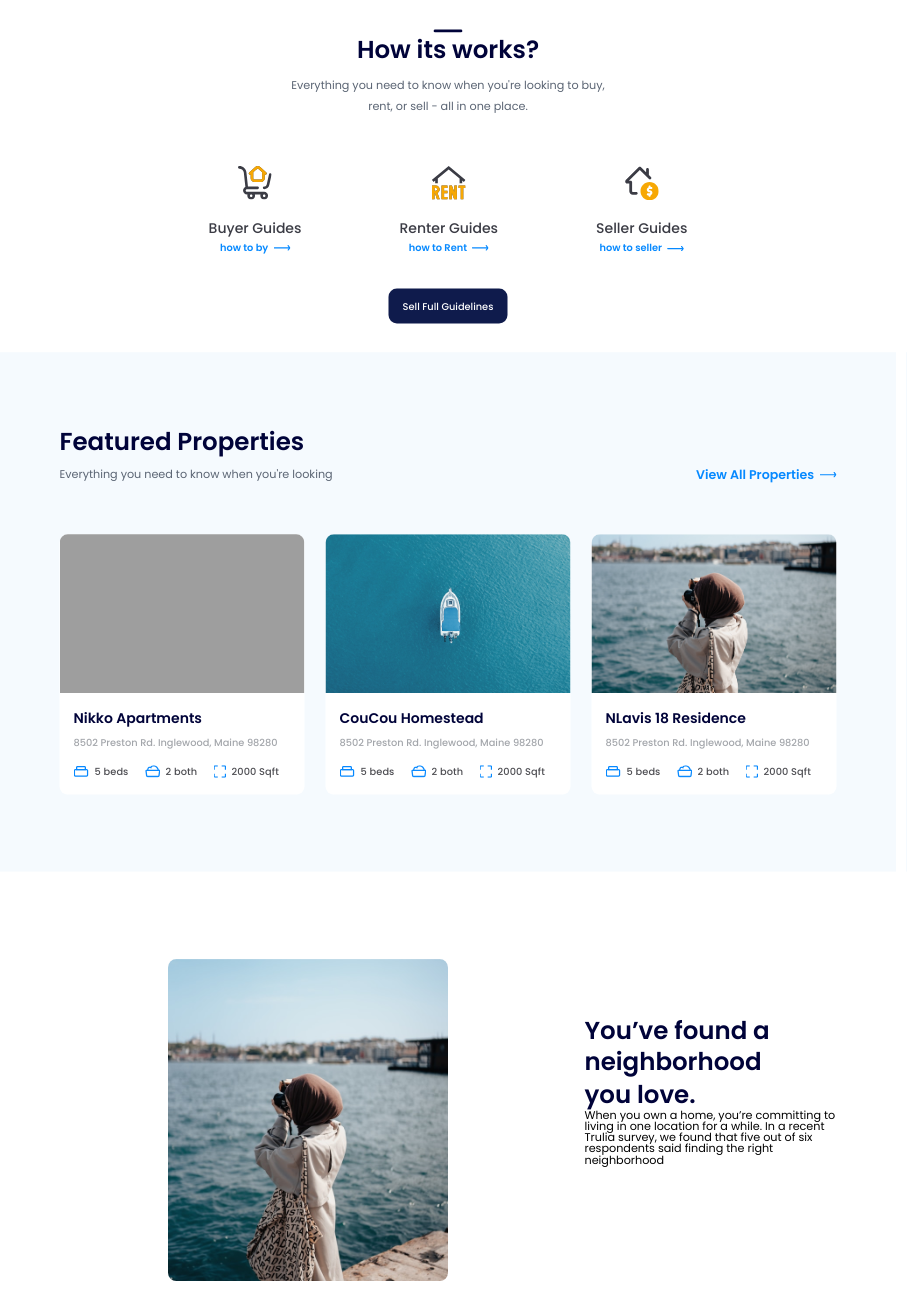
Repository: Kazuto-2004/f8-htmlcss-01
Page: index.html
The author's editor kept a copy of each file at every save. The page is drawn from the files as they stood at one save, then again after the next save.
The browser window is 1280 px wide. The page is 1295 px wide, so the pictures cover 1295 px, including what lies to the right of the window. The pictures show the part of the page from y = 1193 to 3073 px (the page is 3073 px tall), at 70% of full size.
Pictures or frames that could not be fetched are drawn as grey boxes.

Above is the page before, as saved 2023-07-15 09:24:17.

### index.html
<!DOCTYPE html>
<html lang="en">
    <head>
        <meta charset="UTF-8" />
        <meta name="viewport" content="width=device-width, initial-scale=1.0" />
        <title>F8 Project01</title>
        <link rel="stylesheet" href="./assets/css/reset.css" />
        <!-- Embed fonts -->
        <link rel="preconnect" href="https://fonts.googleapis.com" />
        <link rel="preconnect" href="https://fonts.gstatic.com" crossorigin />
        <link
            href="https://fonts.googleapis.com/css2?family=Lato:wght@700&display=swap"
            rel="stylesheet" />
        <link rel="stylesheet" href="./assets/fonts/stylesheet.css" />
        <!-- <style> style</style> -->
        <link rel="stylesheet" href="assets/css/styles.css" />
    </head>
    <body>
        <main style="height: 1000px">
            <!-- Header -->
            <header class="header">
                <div class="content">
                    <nav class="navbar">
                        <!-- Logo -->
                        <img src="./assets/img/Logo.svg" alt="Besnik." />
                        <!-- Navigation -->
                        <ul>
                            <li>
                                <a href="#!">Home</a>
                            </li>
                            <li>
                                <a href="#!">Features</a>
                            </li>
                            <li>
                                <a href="#!">Services</a>
                            </li>
                            <li>
                                <a href="#!">Resources</a>
                            </li>
                            <li>
                                <a href="#!">Contact</a>
                            </li>
                        </ul>
                        <!-- Action -->
                        <div class="action">
                            <a href="#!" class="action-link">Sign in</a>
                            <a href="#!" class="btn action-btn">Sign up</a>
                        </div>
                    </nav>
                    <div class="hero">
                        <div class="info">
                            <p class="sub-title">Welcome to Besnik Agency</p>
                            <h1 class="title">
                                Discover a place you'll love to live.
                            </h1>
                            <p class="desc">
                                Get the best real estate deals first, before
                                they hit the mass market! HOT FORECLOSURE DEALS
                                with one simple search.
                            </p>
                            <!-- call to action -->
                            <a href="#!" class="btn hero-cta">More About Us</a>
                        </div>

                        <img
                            src="./assets/img/hero-img.svg"
                            alt="Discover a place you'll love to live."
                            class="hero-img" />
                    </div>
                </div>
            </header>

            <!-- clients -->
            <div class="clients">
                <div class="content">
                    <div class="row">
                        <!-- logo -->
                        <img src="./assets/img/Logo.svg" alt="Besnik." />

                        <!-- star -->
                        <div class="star">
                            <img src="./assets/img/Star.svg" alt="" />
                        </div>
                    </div>
                    <div class="row row-desc">
                        <p class="desc">
                            More than 45,000+ companies trust besnik
                        </p>
                        <p class="desc">5 Star Ratings (2k+ Review)</p>
                    </div>
                    <div class="image">
                        <img src="./assets/img/meundies.svg" alt="me undies" />
                        <img src="./assets/img/slack.svg" alt="slack" />
                        <img src="./assets/img/amazon.svg" alt="amazon" />
                        <img
                            src="./assets/img/woocommerce.svg"
                            alt="woo commerce" />
                        <img src="./assets/img/sitepoint.svg" alt="sitepoint" />
                    </div>
                </div>
            </div>

            <!-- Guides -->
            <div class="guides">
                <div class="content">
                    <h2 class="sub-title">How its works?</h2>
                    <p class="desc">
                        Everything you need to know when you're looking to buy,
                        rent, or sell - all in one place.
                    </p>

                    <!--  list guide -->
                    <ul class="list-guide">
                        <li class="guide-item">
                            <img
                                src="./assets/img/Buyer.svg"
                                alt="Buyer"
                                class="icon" />
                            <h3 class="title">Buyer Guides</h3>
                            <a href="#!" class="link">
                                <span>how to by</span>
                                <img
                                    src="./assets/img/arow-right.svg"
                                    alt="arrow-right"
                                    class="arrow" />
                            </a>
                        </li>
                        <li class="guide-item">
                            <img
                                src="./assets/img/renter.svg"
                                alt="renter"
                                class="icon" />
                            <h3 class="title">Renter Guides</h3>
                            <a href="#!" class="link">
                                <span>how to Rent</span>
                                <img
                                    src="./assets/img/arow-right.svg"
                                    alt="arrow-right"
                                    class="arrow" />
                            </a>
                        </li>
                        <li class="guide-item">
                            <img
                                src="./assets/img/seller.svg"
                                alt="sellert"
                                class="icon" />
                            <h3 class="title">Seller Guides</h3>
                            <a href="#!" class="link">
                                <span>how to seller</span>
                                <img
                                    src="./assets/img/arow-right.svg"
                                    alt="arrow-right"
                                    class="arrow" />
                            </a>
                        </li>
                    </ul>

                    <div class="guide-cta">
                        <a href="#!" class="btn">Sell Full Guidelines</a>
                    </div>
                </div>
            </div>

            <!-- Featured -->
            <div class="featured">
                <div class="content">
                    <header>
                        <h2 class="sub-title">Featured Properties</h2>
                        <div class="row">
                            <p class="desc">
                                Everything you need to know when you're looking
                            </p>
                            <a href="#!" class="link"
                                ><span>View All Properties</span
                                ><img
                                    src="./assets/img/arow-right.svg"
                                    alt="arrow"
                                    class="arrow"
                            /></a>
                        </div>
                    </header>

                    <div class="list">
                        <!-- Featured 1 -->
                        <div class="item">
                            <a href="#!">
                                <img
                                    src="./assets/img/featured1.jpg"
                                    alt="Nikko Apartments"
                                    class="thumb" />
                            </a>
                            <div class="body">
                                <h3 class="title">
                                    <a href="#!" class="line-clamp">Nikko Apartments</a>
                                </h3>
                                <p class="desc line-clamp">
                                    8502 Preston Rd. Inglewood, Maine 98280
                                </p>
                                <div class="info">
                                    <img
                                        src="./assets/img/beds.svg"
                                        alt=""
                                        class="icon" />
                                    <span class="label">5 beds</span>

                                    <img
                                        src="./assets/img/both.svg"
                                        alt=""
                                        class="icon" />
                                    <span class="label">2 both</span>

                                    <img
                                        src="./assets/img/sqft.svg"
                                        alt=""
                                        class="icon" />
                                    <span class="label">2000 Sqft</span>
                                </div>
                            </div>
                        </div>

                        <!-- Featured 2 -->
                        <div class="item">
                            <a href="#!">
                                <img
                                    src="./assets/img/featured2.jpg"
                                    alt="CouCou Homestead"
                                    class="thumb" />
                            </a>
                            <div class="body">
                                <h3 class="title">
                                    <a href="#!" class="line-clamp">CouCou Homestead</a>
                                </h3>
                                <p class="desc line-clamp">
                                    8502 Preston Rd. Inglewood, Maine 98280
                                </p>
                                <div class="info">
                                    <img
                                        src="./assets/img/beds.svg"
                                        alt=""
                                        class="icon" />
                                    <span class="label">5 beds</span>

                                    <img
                                        src="./assets/img/both.svg"
                                        alt=""
                                        class="icon" />
                                    <span class="label">2 both</span>

                                    <img
                                        src="./assets/img/sqft.svg"
                                        alt=""
                                        class="icon" />
                                    <span class="label">2000 Sqft</span>
                                </div>
                            </div>
                        </div>

                        <!-- Featured 3 -->
                        <div class="item">
                            <a href="#!">
                                <img
                                    src="./assets/img/featured3.jpg"
                                    alt="Lavis 18 Residence"
                                    class="thumb" />
                            </a>
                            <div class="body">
                                <h3 class="title">
                                    <a href="#!" class="line-clamp">NLavis 18 Residence</a>
                                </h3>
                                <p class="desc line-clamp" >
                                    8502 Preston Rd. Inglewood, Maine 98280
                                </p>
                                <div class="info">
                                    <img
                                        src="./assets/img/beds.svg"
                                        alt=""
                                        class="icon" />
                                    <span class="label">5 beds</span>

                                    <img
                                        src="./assets/img/both.svg"
                                        alt=""
                                        class="icon" />
                                    <span class="label">2 both</span>

                                    <img
                                        src="./assets/img/sqft.svg"
                                        alt=""
                                        class="icon" />
                                    <span class="label">2000 Sqft</span>
                                </div>
                            </div>
                        </div>
                    </div>
                </div>
            </div>

            <!-- Stats -->
            <div class="stats">
                <div class="content">
                    <div class="row">
                        <div class="img-block">
                            <img src="./assets/img/starts.jpg" alt="You’ve found a neighborhood you love.">
                        </div>
                        <div class="info">
                            <h2 class="sub-title">You’ve found a neighborhood you love.</h2>
                            <p
                             class="desc">When you own a home, you’re committing to living in one location for a while. In a recent Trulia survey, we found that five out of six respondents said finding the right neighborhood
                            </p>
                        </div>
                    </div>
                </div>
            </div>
        </main>
    </body>
</html>

### assets/css/styles.css
* {
    box-sizing: border-box;
}

:root {
    --primary-color: #0f1b4c;
}
html {
    font-size: 62.5%;
}

body {
    font-size: 1.6rem;
    font-family: "Poppins", sans-serif;
}
/* Common */
a {
    text-decoration: none;
}
.content {
    width: 1110px;
    max-width: calc(100% - 48px);
    margin: auto;
}
.btn {
    display: inline-block;
    min-width: 98px;
    padding: 18px 16px;
    border-radius: 12px;
    background: var(--primary-color);
    color: #fff;
    font-size: 1.4rem;
    font-weight: 500;
    text-align: center;
}

.btn:hover {
    opacity: 0.9;
}

.line-clamp {
    display: -webkit-box;
    -webkit-line-clamp: var(--line-clamp, 2);
    -webkit-box-orient: vertical;
    overflow: hidden;
}
/* ==== Header ==== */
.header {
    background-color: #e6f0ff;
    height: 100vh;
    position: relative;
}

.navbar {
    display: flex;
    align-items: center;
    padding-top: 38px;
}

.navbar ul {
    display: flex;
    margin-left: 50px;
}

.navbar .action {
    margin-left: auto;
}

.navbar ul a {
    font-size: 1.4rem;
    font-weight: 500;
    color: #4f5361;
    padding: 8px 14px;
}

.navbar ul a:hover {
    text-decoration: underline;
}

.navbar .action-link {
    color: var(--primary-color);
    font-size: 1.4rem;
    font-weight: 500;
}

.navbar .action-btn {
    padding: 13px 16px;
    margin-left: 18px;
    border-radius: 8px;
}
/* ---hero--- */
.hero {
    margin-top: 130px;
}

.hero .info {
    width: 51%;
}

.hero .sub-title {
    color: #687690;
    font-size: 1.8rem;
    line-height: 1.5;
    letter-spacing: 0.01em;
}

.hero .title {
    margin-top: 8px;
    color: #000336;
    font-size: 6.2rem;
    font-weight: 700;
    line-height: 1.19;
}

.hero .desc {
    margin-top: 30px;
    color: #5a6473;
    font-size: 1.8rem;
    font-weight: 400;
    line-height: 1.78;
}

.hero-cta {
    min-width: 170px;
    margin-top: 40px;
}

.hero-img {
    position: absolute;
    right: calc((100vw - 1110px) / 2 - 100px);
    bottom: 0;
}

/*===== clients ======*/
.clients {
    margin-top: 79px;
    padding: 43px 64px 0px;
}

.clients .row {
    display: flex;
    justify-content: space-between;
}

.clients .desc {
    color: #7d8589;
    font-size: 1.6rem;
    font-weight: 500;
    line-height: 1.25;
}

.clients .row-desc {
    margin-top: 23px;
}

.clients .image {
    margin-top: 96px;
    display: flex;
    justify-content: space-between;
    align-items: center;
}

/*===== guides ======*/
.guides {
    margin-top: 200px;
}

.guides .sub-title {
    position: relative;
    color: #000339;
    text-align: center;
    font-size: 3.5rem;
    font-weight: 600;
    line-height: 1;
}

.guides .sub-title::before {
    position: absolute;
    top: -10px;
    left: 50%;
    transform: translate(-50%);
    content: "";
    display: inline-block;
    width: 41px;
    height: 4px;
    border-radius: 12px;
    background: #000339;
}

.guides .desc {
    width: 459px;
    max-width: 100%;
    color: #5a6473;
    text-align: center;
    font-size: 1.6rem;
    font-weight: 400;
    line-height: 1.88;
    margin: 20px auto 0;
}

.list-guide {
    margin-top: 70px;
    display: flex;
    justify-content: center;
}

.guide-item {
    margin: 0 70px;
    text-align: center;
}

.guide-item .title {
    margin-top: 26px;
    color: #3b3c45;
    font-size: 2rem;
    font-weight: 500;
    line-height: 1.1;
}

.guide-item .link {
    display: inline-block;
    color: #0689ff;
    font-size: 1.4rem;
    font-weight: 600;
    margin-top: 10px;
}

.guide-item .arrow {
    margin-left: 4px;
}

.guide-cta {
    display: flex;
    justify-content: center;
    margin-top: 50px;
}

.guide-cta .btn {
    min-width: 170px;
}

/*======== featured======= */
.featured {
    margin-top: 41px;
    background: #f5fafe;
    padding: 110px 0;
}

.featured .sub-title {
    font-size: 3.5rem;
    font-style: normal;
    font-weight: 600;
    line-height: 1;
    color: #000339;
}

.featured .row {
    display: flex;
    justify-content: space-between;
    margin-top: 15px;
}

.featured .desc {
    color: #5a6473;
    font-size: 1.6rem;
    font-weight: 400;
    line-height: 1.88;
}

.featured .link {
    display: flex;
    align-items: center;
    color: #0689ff;
    font-size: 1.8rem;
    font-weight: 600;
}

.featured .link .arrow {
    margin-left: 8px;
}

.featured .list {
    margin-top: 70px;
    gap: 30px;
    display: flex;
}

.featured .item {
    flex: 1;
    background-color: #fff;
    border-radius: 12px;
}

.featured .item .thumb {
    width: 100%;
    height: 227px;
    object-fit: cover;
    border-top-left-radius: 12px;
    border-top-right-radius: 12px;
}

.featured .item .body {
    padding: 17px 20px 24px;
}

.featured .item .title a{
    color: #000339;
    font-size: 2rem;
    font-weight: 600;
    line-height: 1.5;

}

.featured .item .desc {
    --line-clamp : 3;
    margin-top: 11px;
    color: #a3a6ab;
    font-size: 1.4rem;
    font-weight: 500;
    line-height: 1.5;
    word-wrap:break-words;
}

.featured .item .info {
    margin-top: 21px;
    display: flex;
    align-items: center;
}

.featured .item .icon {
    margin-left: 23px;
}

.featured .item .icon:first-child {
    margin-left: 0;
}
.featured .item .label {
    color: #4d4d52;
    margin-left: 8px;
    font-size: 1.4rem;
    font-weight: 500;
    letter-spacing: 0.01em;
}

/*===== stats===== */
.stats {
    margin-top: 75px;
    padding: 50px 0px;
}

.stats .row {
    display: flex;
}

.stats .img-block,
.stats .info  {
    width: 50%;
}

.stats .info {
    padding: 79px 0 0 195px;
}
.stats .img-block img {
    display: block;
    margin-left: auto;
  width: 400px;
 height: 460px;
 border-radius: 12px;
  object-fit: cover;
}

.stats .sub-title {
color: #000339;
font-size: 3.5rem;
font-weight: 600;
line-height: 1.29; /* 128.571% */
width: 269px;
}

.stats .sub-title::before {
    content:  "";
    display: block;
}

Loaded but not shown: assets/css/reset.css (common file); assets/fonts/stylesheet.css (162 lines, source omitted)

After the next save:
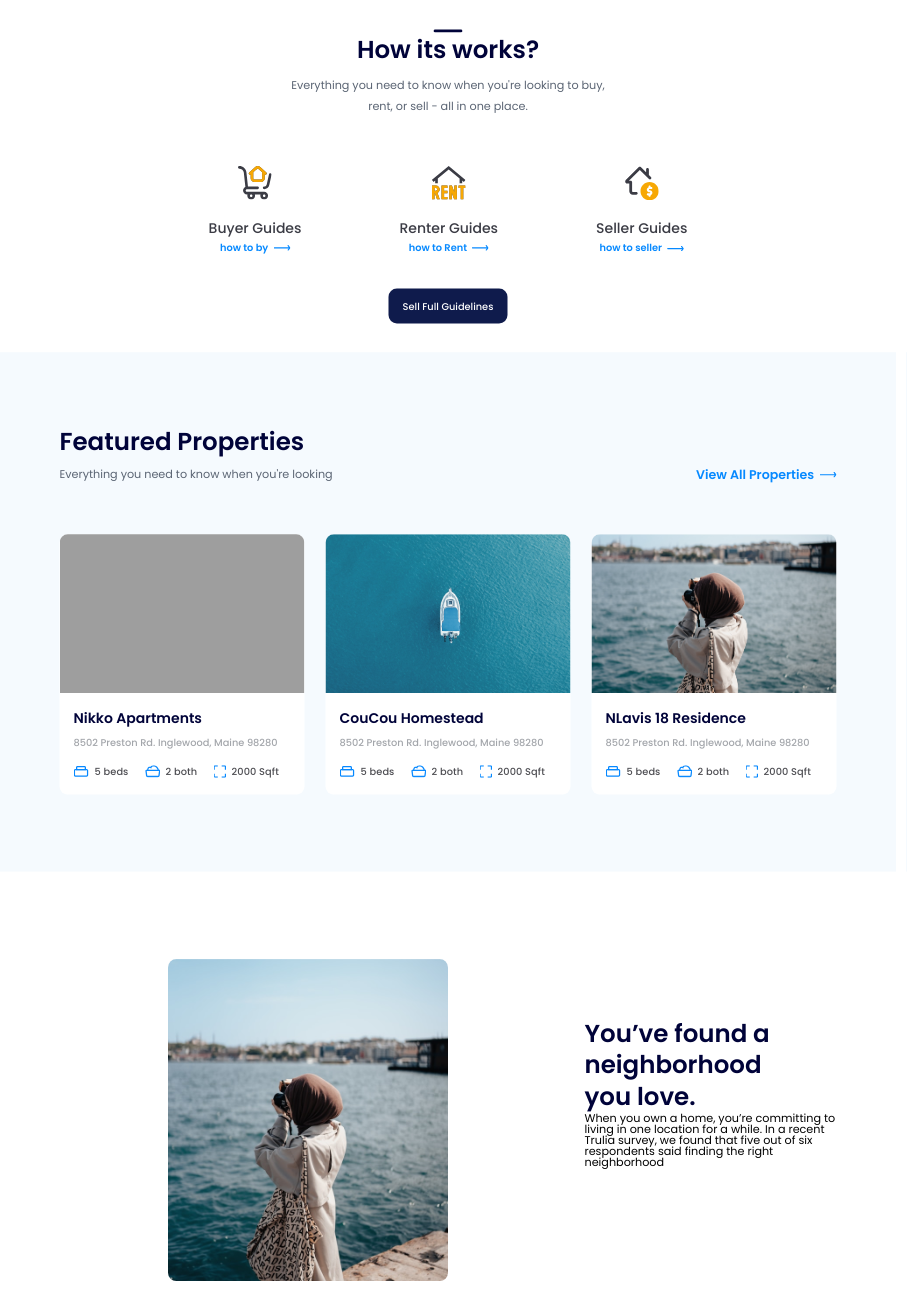
Saved 6 s later.
--- a/assets/css/styles.css
+++ b/assets/css/styles.css
@@ -379,5 +379,7 @@
 
 .stats .sub-title::before {
     content:  "";
-    display: block;
-}
+    display: block;width: 41px;
+    height: 4px;
+    flex-shrink: 0;
+}
